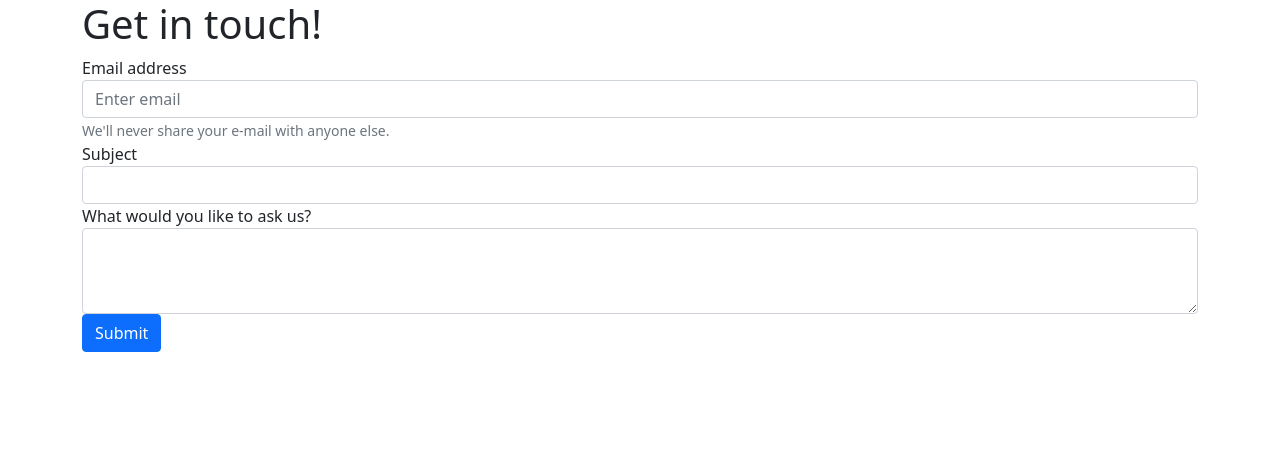
Repository: anish9914/phpprojectgh
Page: http://localhost/contactform-miniproject.php
The author's editor kept a copy of each file at every save. The page is drawn from the files as they stood at one save, then again after the next save.
The browser window is 1280 px wide. The pictures show the whole page.
The page is run by PHP 8.4 with error messages shown; the project is at /var/www/html/.

Above is the page before, as saved 2022-12-14 13:58:15.

After the next save:
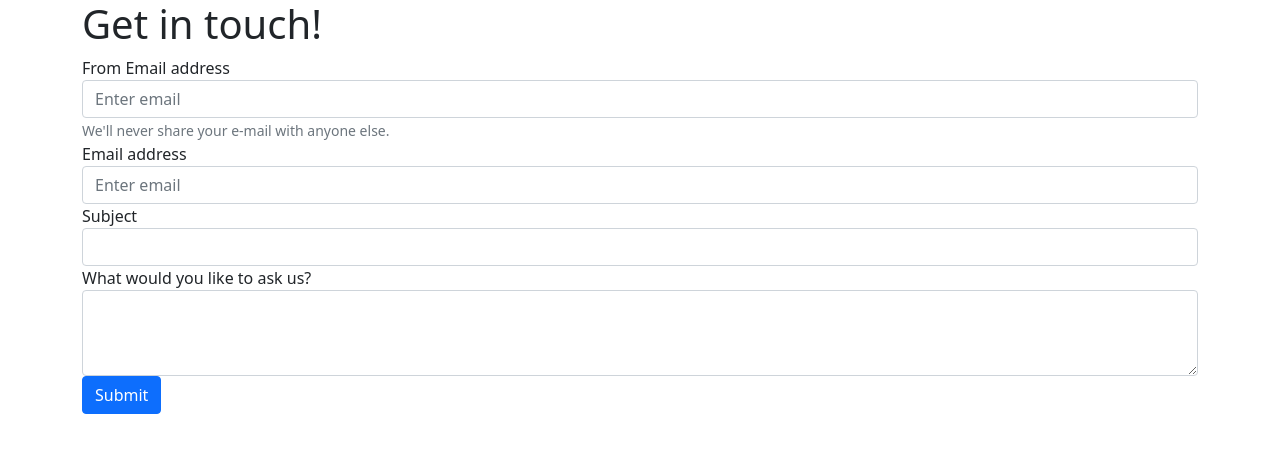
Saved 22 min 41 s later.
--- a/contactform-miniproject.php
+++ b/contactform-miniproject.php
@@ -26,7 +26,8 @@
             $error = '<div class="alert alert-danger" role="alert"><p>There were error(s) in your form:</p>' . $error . '</div>';
         }
         else {  //email address is good!
-            $emailTo = "anishpapu7663@gmail.com";
+
+            $emailTo =  "From: " . $_POST['emailto'];
             $subject = $_POST['subject'];
             $content = $_POST['content'];
             $headers = "From: " . $_POST['email'];
@@ -67,10 +68,18 @@
 
             <form method="post">
                 <fieldset class="form-group">
-                    <label for="email">Email address </label>
+                    <label for="email">From Email address </label>
                     <input type="email" class="form-control" id="email" name="email" placeholder="Enter email">
                     <small class="text-muted">We'll never share your e-mail with anyone else.</small>
                 </fieldset>
+
+
+                <fieldset class="form-group">
+                    <label for="email"> Email address </label>
+                    <input type="email" class="form-control" id="email" name="emailto" placeholder="Enter email">
+                </fieldset>
+
+
 
                 <fieldset class="form-group">
                     <label for="subject">Subject </label>
